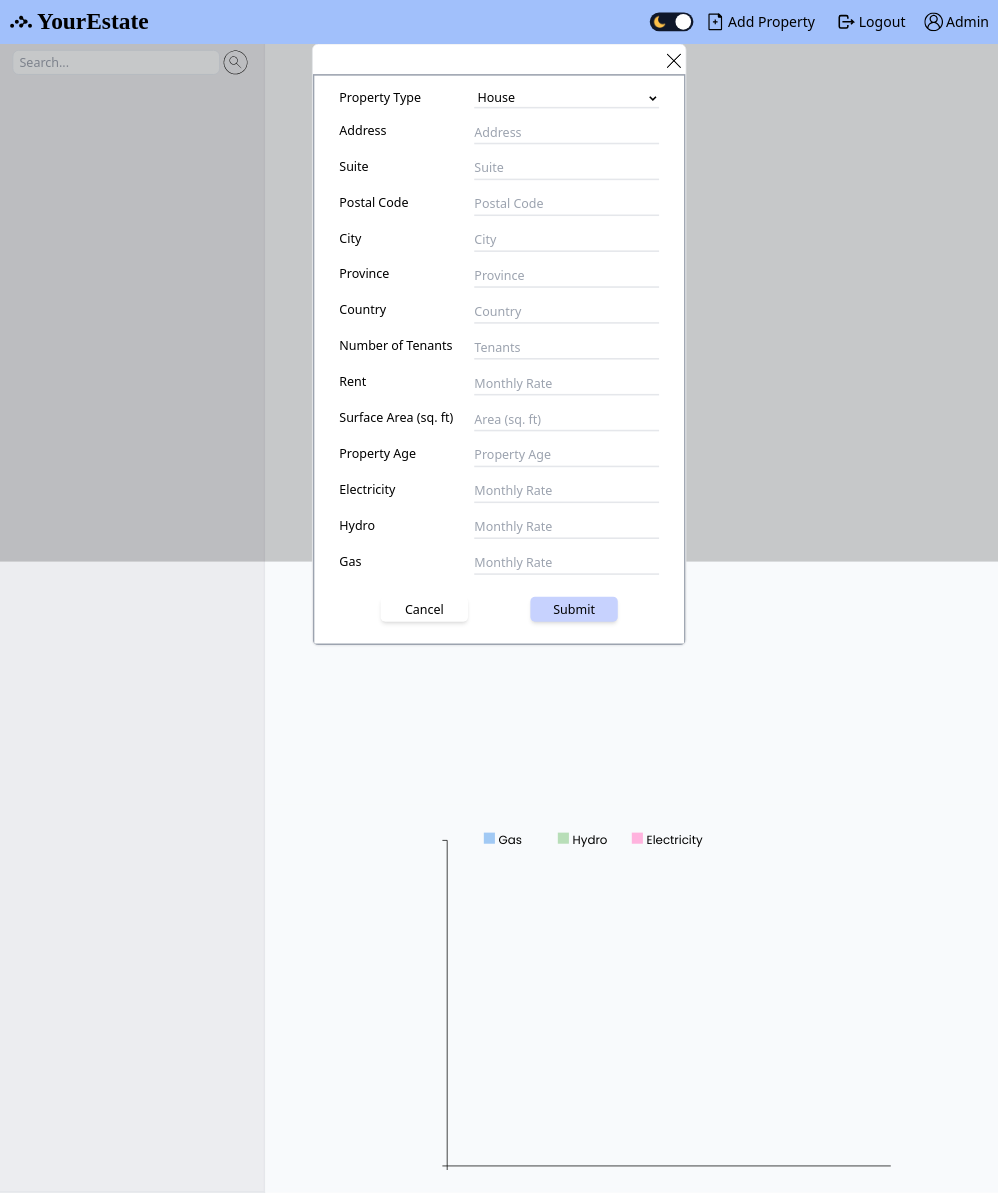
Repository: Fortivera/yourestate
Page: /dashboard/createproperty
An editor plug-in stored every save of this project. The page is shown before and after the next save, followed by the edit.
The browser window is 1280 px wide. The pictures show the whole page, at 78% of full size.
The page's requests for data from a server got no answer. The project was rebuilt for these pictures with package versions that can differ from the ones it lists, and the page was loaded fresh each time. Some packages were replaced by stand-ins written for this rebuild. The framework's server and built-in components were replaced by stand-ins that run in the browser. No one was signed in, and anything a server would have sent is missing. Also part of the build but not shown: next.config.js, src/app/loading.tsx, src/components/PropertyCard.tsx.

Above is the page before, as saved 2023-12-31 00:26:51.

### src/app/layout.tsx
import "./globals.css"
import { Analytics } from "@vercel/analytics/react"
import { Metadata } from "next"
import ReactQueryProvider from "./providers"

export const metadata: Metadata = {
  title: {
    template: "%s | Your Estate Login",
    default: "Your Estate Login",
  },
  description: "Home page for the real estate web application",
}

export default function RootLayout({ children }: { children: React.ReactNode }) {
  return (
    <html lang="en">
      <body>
        <ReactQueryProvider>
          {children}
          <Analytics />
        </ReactQueryProvider>
      </body>
    </html>
  )
}

### src/app/dashboard/layout.tsx
import { ThemeContextProvider } from "@/context/ThemeContex"
import ThemeProvider from "@/providers/ThemeProvider"
import { QueryClient, HydrationBoundary, dehydrate } from "@tanstack/react-query"
import { getProperty } from "lib/useRequestFunctions"

import { Analytics } from "../../components/Analytics/Analytics"
import Navbar from "../../components/Navbar"
import PropertiesList from "../../components/PropertiesList"

// import { usePropertyStore } from "../usePropertiesStore"

export default async function Layout({ children }: { children: React.ReactNode }) {
    const queryClient = new QueryClient()
    await queryClient.prefetchQuery({
        queryKey: ["allProperties"],
        queryFn: getProperty,
    })

    // const allPropertiesPromise: Promise<Property[]> = await getProperty()
    // const allProperties = await allPropertiesPromise

    // usePropertyStore.setState({ allProperties })

    return (
        <>
            <ThemeContextProvider>
                <ThemeProvider>
                    <header>
                        <Navbar />
                    </header>
                    <div>{children}</div>
                    <main>
                        <div className="flex flex-col md:flex-row mt-14">
                            <div className="w-screen md:h-auto md:w-[29rem] h-[50vh]">
                                <HydrationBoundary state={dehydrate(queryClient)}>
                                    <PropertiesList />
                                </HydrationBoundary>
                            </div>
                            <HydrationBoundary state={dehydrate(queryClient)}>
                                <Analytics />
                            </HydrationBoundary>
                        </div>
                    </main>
                </ThemeProvider>
            </ThemeContextProvider>
        </>
    )
}

### src/app/dashboard/createproperty/layout.tsx
'use client'

import Layout from "../layout";
import ProductsPage from "../page";

export default function Layouta({ children, }: { children: React.ReactNode }) {
    return (
        <>

            {children}
        </>
    )

}

### src/app/globals.css
@import url("https://fonts.googleapis.com/css2?family=Lora:ital,wght@0,400;0,500;0,600;1,400;1,500;1,600&family=Montserrat:ital,wght@0,300;0,400;0,500;0,600;1,300;1,400;1,500;1,600&family=Poppins:ital,wght@0,300;0,400;0,500;0,600;0,700;0,800;0,900;1,300;1,400;1,500;1,600;1,700;1,800;1,900&family=Noto+Sans:ital,wght@0,300;0,400;0,500;0,600;0,700;0,800;0,900;1,300;1,400;1,500;1,600;1,700;1,800;1,900&display=swap");

@tailwind base;
@tailwind components;
@tailwind utilities;

.navbarDark {
    background-color: rgb(45 48 56);
    color: #ddd;
}
.navbarLight {
    background-color: rgb(161, 192, 251);
    color: black;
}
.propertyListLight {
    background-color: rgb(249 250 251);
    color: black;
    border-color: rgb(229 231 235);
}
.propertyListDark {
    background-color: rgb(45 48 56 / 0.95);
    color: #ddd;
}
.searchbarLight {
    background-color: rgb(248 250 252);
    color: black;
}
.searchbarDark {
    background-color: rgb(100 116 139 / 0.6);
    color: #ddd;
}
.propertyLight {
    background-color: rgb(249 250 251);
    color: black;
}
.propertyDark {
    background-color: rgb(45 48 56 / 0.95);
    color: #ddd;
}

### src/app/providers.tsx
"use client"
import { ReactNode, useState } from "react"
import { QueryClient, QueryClientProvider } from "@tanstack/react-query"
import { ReactQueryDevtools } from "@tanstack/react-query-devtools"

type Props = {
  children: ReactNode
}

export default function ReactQueryProvider({ children }: Props) {
  const [queryClient] = useState(() => new QueryClient())

  return (
    <QueryClientProvider client={queryClient}>
      <ReactQueryDevtools initialIsOpen={false} />
      {children}
    </QueryClientProvider>
  )
}

### src/context/ThemeContex.tsx
"use client"
import { createContext, useState, ReactNode, useEffect } from "react"

interface ChildrenProps {
    children: ReactNode
}

interface ThemeContextType {
    theme: string
    toggle: () => void
}

// This component is responsible to registering and remembering what theme was chosen by the user
// we use local storage for that
export const ThemeContext = createContext<ThemeContextType>({
    theme: "light",
    toggle: () => {},
})

function getFromLocalStorage() {
    if (typeof window === "undefined") {
        return "light" // Use a default theme on the server-side
    }
    return localStorage.getItem("theme") || "light"
}

export const ThemeContextProvider = ({ children }: ChildrenProps) => {
    const [theme, setTheme] = useState<string>(getFromLocalStorage)

    // since next.js uses server side rendering, we must specify if the transition to client is completed
    const toggle = () => {
        setTheme((prevTheme) => (prevTheme === "light" ? "dark" : "light"))
    }

    useEffect(() => {
        localStorage.setItem("theme", theme)
    }, [theme])

    return <ThemeContext.Provider value={{ theme, toggle }}>{children}</ThemeContext.Provider>
}

### src/providers/ThemeProvider.tsx
"use client"

import { useState, useEffect, useContext, ReactNode } from "react"
import { ThemeContext } from "@/context/ThemeContex"

interface ChildrenProps {
    children: ReactNode
}

// this component is created to keep the layout/page as server side rendered.
// useContext() requires you to have "use client"

export default function ThemeProvider({ children }: ChildrenProps) {
    const { theme } = useContext(ThemeContext)
    const [mounted, setMounted] = useState(false)

    useEffect(() => {
        setMounted(true)
    }, [])

    if (!mounted) {
        return null // or a loading placeholder if desired
    }
    return <div className={theme}>{children}</div>
}

### lib/useRequestFunctions.ts
export function filterId(arr: Property[], propertyid: number) {
  for (let i = 0; i < arr.length; i++) {
    try {
      if (arr[i].id != propertyid) {
        continue
      } else {
        return arr[i] as Property
      }
    } catch (error) {
      console.error(error)
    }
  }
}

export function deleteProperty(userInput: number) {
  const url = `${process.env.NEXT_PUBLIC_SERVER_URL}${process.env.NEXT_PUBLIC_PROPERTY_ENDPOINT}${userInput}`
  console.log(url)
  try {
    fetch(url, {
      method: "DELETE",
      body: JSON.stringify(userInput),
      headers: {
        "Content-Type": "application/json",
      },
    })
  } catch (err) {
    console.error(err)
    alert(`We can't submit the form, because of ${err}`)
  }
}

// eslint-disable-next-line no-unused-vars
export async function updateProperty(userInput: Property, id: number) {
  const url = `${process.env.NEXT_PUBLIC_SERVER_URL}${process.env.NEXT_PUBLIC_PROPERTY_ENDPOINT}/${id}`
  // const url = "http://localhost:5085/api/Properties/39"
  console.log(url)
  try {
    const response = await fetch(url, {
      method: "PUT",
      body: JSON.stringify(userInput),
      headers: {
        "Content-Type": "application/json",
      },
    })
    if (!response.ok) {
      throw new Error(`Invalid response: ${response.status}`)
    }
  } catch (err) {
    console.error(err)
    alert("We can't submit the form, try again later?")
  }
}

export async function getProperty(): Promise<Property[]> {
  try {
    const response = await fetch(`${process.env.NEXT_PUBLIC_SERVER_URL}${process.env.NEXT_PUBLIC_PROPERTY_ENDPOINT}`, {
      cache: "no-store",
    })
    if (!response.ok) {
      throw new Error("Failed to fetch data.")
    }

    const propertyCollection: Property[] = await response.json()
    return propertyCollection
  } catch (err) {
    console.log(err)
    return []
  }
}

// Helper function to get the token and save it in localStorage
export async function tokenHandleResponse(response: Response) {
  if (response.ok) {
    const data = await response.json()
    if (data.token) {
      localStorage.setItem("token", data.token)
      return data
    }
    throw new Error("Token not found in response")
  }
  throw new Error("Network response was not ok.")
}

### src/components/Analytics/Analytics.tsx
"use client"
import Loading from "@/app/loading"
import { ThemeContext } from "@/context/ThemeContex"
import { useQuery } from "@tanstack/react-query"
import { getProperty } from "lib/useRequestFunctions"
import React, { Suspense, useContext } from "react"
import { D3BarChart } from "./D3charts/D3BarChart"
import { D3DonutPieChart } from "./D3charts/D3DonutPieChart"
import { D3PieChart } from "./D3charts/D3PieChart"

// interface Props {
//     allProperties: Property[]
// }

export const Analytics = () => {
    const { theme } = useContext(ThemeContext)
    const { data: allProperties, error } = useQuery({
        queryKey: ["allProperties"],
        queryFn: getProperty,
    })
    if (error) return <div>Failed to load</div>
    return (
        <>
            {/* <div className="w-full h-full">{<iframe height="100%" width="100%" title="Report Section" src="https://app.powerbi.com/view?r=eyJrIjoiZDVmOGZlMWMtN2VkYS00NmRkLWJiZDgtMGY1MzQyNTdlOWQ1IiwidCI6IjcwYWQ5MjFmLTFmZjQtNDZjNC1hMmZkLWIxNTc0MjcxODQ3NiJ9" allowFullScreen={true}></iframe>}</div> */}
            <div className={`${theme === "light" ? "bg-slate-50" : "bg-[#515F73]"} grid grid-cols-1 desktop:grid-cols-2 w-full py-2 px-1 font-Poppins`}>
                <div>
                    <Suspense fallback={<Loading />}>
                        <D3DonutPieChart allProperties={allProperties!} />
                    </Suspense>
                </div>
                <div>
                    <Suspense fallback={<Loading />}>
                        <D3PieChart allProperties={allProperties!} />
                    </Suspense>
                </div>
                <div className="md:col-span-full flex justify-center">
                    <Suspense fallback={<Loading />}>
                        <D3BarChart allProperties={allProperties!} />
                    </Suspense>
                </div>
            </div>
        </>
    )
}

### src/components/Modal.tsx
"use client"

import { MouseEventHandler, useContext } from "react"
import { useRouter } from "next/navigation"
import { ThemeContext } from "@/context/ThemeContex"

export const Modal = ({ children }: any) => {
    const router = useRouter()
    const { theme } = useContext(ThemeContext)
    const closeHandler: MouseEventHandler = (): void => {
        router.push("/dashboard")
    }
    return (
        <>
            <div className="bg-black/20 backdrop-blur-xs bg-blend-saturation fixed top-0 w-full h-screen bg-cover z-10 " onClick={closeHandler} />
            <dialog
                open
                className={`
    ${theme === "light" ? "bg-white" : "bg-[#33363e] text-[#e6e1e1]"}
    w-[80%] max-w-[480px] md:w-1/2
    mx-auto border rounded-lg shadow-sm overflow-hidden pt-1 z-10
  `}
            >
                {children}
            </dialog>
        </>
    )
}

### public/CancelIcon.tsx

export default function CancelIcon() {

  return (
    <svg xmlns="http://www.w3.org/2000/svg" fill="#000000" width="30px" height="30px" viewBox="0 0 256 256" id="Flat">
      <path d="M202.82861,197.17188a3.99991,3.99991,0,1,1-5.65722,5.65624L128,133.65723,58.82861,202.82812a3.99991,3.99991,0,0,1-5.65722-5.65624L122.343,128,53.17139,58.82812a3.99991,3.99991,0,0,1,5.65722-5.65624L128,122.34277l69.17139-69.17089a3.99991,3.99991,0,0,1,5.65722,5.65624L133.657,128Z" />
      <path xmlns="http://www.w3.org/2000/svg" d="M202.82861,197.17188a3.99991,3.99991,0,1,1-5.65722,5.65624L128,133.65723,58.82861,202.82812a3.99991,3.99991,0,0,1-5.65722-5.65624L122.343,128,53.17139,58.82812a3.99991,3.99991,0,0,1,5.65722-5.65624L128,122.34277l69.17139-69.17089a3.99991,3.99991,0,0,1,5.65722,5.65624L133.657,128Z" />
    </svg>
  )
}

### src/components/ThemeToggle.tsx
"use client"

import { ThemeContext } from "@/context/ThemeContex"
import Image from "next/image"
import { useContext } from "react"

export default function ThemeToggle() {
    const { toggle, theme } = useContext(ThemeContext)

    return (
        <>
            <span className="sr-only">Toggle theme</span>
            <div className="flex items-center w-14 h-6 rounded-full cursor-pointer justify-between  relative" onClick={toggle} style={theme === "dark" ? { backgroundColor: "white" } : { backgroundColor: "#0f172a" }}>
                <Image src="/static/moon.png" alt={"moon icon"} width={18} height={10} className={"m-1"} />
                <div className="rounded-full w-5 h-5 absolute m-0.5" style={theme === "dark" ? { left: 1, background: "#0f172a" } : { right: 1, background: "white" }} />
                <Image src="/static/sun.png" alt={"sun icon"} width={18} height={10} className={"m-1"} />
            </div>
        </>
    )
}

### public/static/SvgLogout.tsx
import * as React from "react"
import { SVGProps } from "react"
const SvgLogout = (props: SVGProps<SVGSVGElement>) => (
    <svg xmlns="http://www.w3.org/2000/svg" width={24} height={24} fill="none" stroke="currentColor" {...props}>
        <path stroke="none" d="M0 0h24v24H0z" />
        <path d="M14 8V6a2 2 0 0 0-2-2H5a2 2 0 0 0-2 2v12a2 2 0 0 0 2 2h7a2 2 0 0 0 2-2v-2" />
        <path d="M7 12h14l-3-3m0 6 3-3" />
    </svg>
)
export default SvgLogout

### public/static/SvgAddProperty.tsx
import * as React from "react"
import { SVGProps } from "react"
const SvgAddProperty = (props: SVGProps<SVGSVGElement>) => (
  <svg xmlns="http://www.w3.org/2000/svg" width={24} height={24} fill="none" {...props}>
    <path stroke="currentColor" d="M9 12h3m3 0h-3m0 0V9m0 3v3M4 21.4V2.6a.6.6 0 0 1 .6-.6h11.652a.6.6 0 0 1 .424.176l3.148 3.148A.6.6 0 0 1 20 5.75V21.4a.6.6 0 0 1-.6.6H4.6a.6.6 0 0 1-.6-.6Z" />
    <path fill="currentColor" stroke="currentColor" d="M16 5.4V2.354a.354.354 0 0 1 .604-.25l3.292 3.292a.353.353 0 0 1-.25.604H16.6a.6.6 0 0 1-.6-.6Z" />
  </svg>
)
export default SvgAddProperty

### public/static/SvgLogoName.tsx
import * as React from "react"
import { SVGProps } from "react"
const SvgLogoName = (props: SVGProps<SVGSVGElement>) => (
    <svg xmlns="http://www.w3.org/2000/svg" width={163} height={52} overflow="hidden" {...props}>
        <text fill="currentColor" transform="translate(-.785 35)">
            {"\n              YourEstate\n            "}
        </text>
    </svg>
)
export default SvgLogoName

### public/static/SvgMainLogo.tsx
import * as React from "react"
import { SVGProps } from "react"
const SvgMainLogo = (props: SVGProps<SVGSVGElement>) => (
  <svg
    xmlns="http://www.w3.org/2000/svg"
    width={42}
    height={40}
    fill="currentColor"
    overflow="hidden"
    {...props}
  >
    <path d="M13.582 20.41c-1.39 0-2.523-1.142-2.523-2.542s1.133-2.542 2.523-2.542c1.39 0 2.523 1.142 2.523 2.542 0 1.399-1.134 2.542-2.523 2.542zm-6.058 5.047c-1.388-.003-2.518-1.15-2.514-2.55a2.537 2.537 0 0 1 2.532-2.534c1.389.003 2.519 1.15 2.514 2.551a2.538 2.538 0 0 1-2.532 2.533zm22.962 0a2.538 2.538 0 0 1-2.543-2.523c-.007-1.402 1.118-2.553 2.505-2.56a2.538 2.538 0 0 1 2.542 2.522c.008 1.401-1.118 2.553-2.504 2.561zM25.757 15.474c-.686-.214-1.419-.303-2.138-.381-1.112-.12-1.555-.554-1.743-1.668-.106-.622-.254-1.26-.523-1.825-.513-1.075-1.715-1.557-2.922-1.282-1.02.233-1.867 1.248-1.914 2.29-.054 1.188.626 2.203 1.794 2.553.555.167 1.145.25 1.724.293 1.063.077 1.418.394 1.705.878.182.306.357.607.357 1.517 0 .911-.177 1.212-.357 1.517-.287.484-.642.8-1.705.879-.58.042-1.17.126-1.724.293-1.168.351-1.848 1.364-1.794 2.554.047 1.041.895 2.056 1.914 2.289 1.207.276 2.409-.207 2.922-1.282.27-.564.417-1.203.523-1.825.189-1.114.632-1.547 1.743-1.668.72-.078 1.452-.168 2.138-.382 1.041-.325 1.667-1.296 1.667-2.375 0-1.078-.626-2.048-1.667-2.375z" />
  </svg>
)
export default SvgMainLogo

### public/static/SvgUser.tsx
import * as React from "react"
import { SVGProps } from "react"
const SvgUser = (props: SVGProps<SVGSVGElement>) => (
    <svg
        xmlns="http://www.w3.org/2000/svg"
        width={24}
        height={24}
        fill="none"
        stroke="currentColor"
        viewBox="0 0 512 512"
        {...props}
    >
        <path
            fill="currentColor"
            strokeWidth={0.1}
            d="M224 1.5c-30 3.9-54.3 11.2-81.5 24.5C80.8 56.2 32.4 112.4 11.6 177.8 3.4 204 0 226.5 0 256c0 21.6 1.7 38.2 5.6 55.7 10.5 47.2 32.8 88.2 66.9 123.2 41.9 43 94.8 69 155 76 13.5 1.6 46.3 1.4 60.7-.5 58.7-7.4 110.8-33.6 152.3-76.5 39-40.4 63.2-90.7 70-145.9 2-16.3 2-47.7 0-64-9.2-74.2-51.1-141.3-114-182.6C363.4 19.8 326.9 6.3 288 1.5c-15-1.8-50.1-1.8-64 0zm50.1 32c25.8 1.4 55.4 9.7 81.4 22.7 57.4 28.7 100.1 81 116.4 142.8 5.9 22.4 6.6 28.1 6.6 57s-.7 34.6-6.6 57c-7.4 27.8-20.4 54.6-37.8 77.6l-4.8 6.3-2.7-10.2c-13.5-50.4-48.2-92.1-95.5-114.5l-9.4-4.5 4.4-3.5c18.6-14.9 33.2-37.7 39.2-61.1 1.9-7.3 2.2-11.4 2.2-27.1 0-15.7-.3-19.8-2.2-27.1-10.2-40-42-72-81.7-82.1-12.4-3.1-37-3.6-49.6-1-45.1 9.5-78.9 42.9-88 87.2-1.9 9-2.1 12.8-1.7 26.5.6 18.3 2.3 27 8.5 41.3 6.8 15.8 19.6 32.6 33.1 43.4l4.3 3.5-13.3 6.6c-7.4 3.7-17.7 9.8-22.9 13.5-11.7 8.3-33.5 29.8-41.4 41-12.2 17.3-22 38.2-27.3 58.1l-2.6 10-4.8-6.3c-21.4-28.3-35.6-61.2-42.6-98.6-2.5-13.7-2.5-58.3 0-72 8.8-46.8 28.2-85.6 59.2-117.9 32.1-33.5 72.8-56.1 117-65 16-3.2 35.8-5.1 48-4.4 2.8.1 9.3.5 14.6.8zm.7 65.6c17.8 4.1 35.8 16.3 46.1 31.3 4.9 7.1 10.7 20.2 12.5 28.3 2 9.2 2.1 25.3 0 34.6-2 9.4-10 25.7-16.2 33.1-23 27.6-61.7 36.5-93.9 21.6-10.2-4.8-16.1-8.8-23.3-16-15.2-15.2-23-34.1-23-56 0-17 4.6-31.8 14.2-45.9 4.9-7 15.8-17.1 23.4-21.7C234 97 253 94.1 274.8 99.1zm-5.3 190.3c16.1 1 38.8 7.8 54.5 16.4 25.3 13.8 48.9 38.4 61.1 63.9 7.5 15.6 12.5 33.9 13.6 49.8l.6 8.1-8.9 6.6c-13 9.6-21.4 14.8-34.9 21.5-35.5 17.8-72.6 25.4-112.8 23.2-43-2.4-83.8-17.3-119.7-43.7l-10.3-7.5.7-9.1c1.1-16.7 7.8-38.9 16.4-54.6 6.5-11.9 14.5-22.4 25.1-33 20.1-20.1 41.3-32 68.6-38.6 10-2.4 28.5-4.4 34.5-3.8 1.4.2 6.6.5 11.5.8z"
        />
    </svg>
)
export default SvgUser

### src/components/Search.tsx
"use client"

const SearchIcon = () => {
  return (
    <svg
      version="1.0"
      xmlns="http://www.w3.org/2000/svg"
      width="40"
      height="40"
      viewBox="0 0 256.000000 256.000000"
      preserveAspectRatio="xMidYMid meet"
    >
      <g
        transform="translate(0.000000,256.000000) scale(0.100000,-0.100000)"
        fill="currentColor"
        stroke="none"
      >
        <path
          d="M1113 2245 c-351 -64 -645 -314 -758 -645 -196 -576 163 -1180 764
                    -1285 464 -81 934 198 1086 646 196 573 -165 1179 -764 1284 -101 18 -230 18
                    -328 0z m348 -45 c313 -64 570 -277 690 -571 134 -329 63 -718 -177 -977 -148
                    -161 -305 -249 -516 -292 -259 -53 -535 11 -749 176 -79 60 -183 176 -229 254
                    -184 310 -184 669 1 983 59 100 211 251 314 311 211 122 439 162 666 116z"
        />
        <path
          d="M1028 1765 c-61 -17 -107 -45 -156 -99 -51 -56 -67 -87 -83 -164 -14
                    -68 -3 -157 28 -215 20 -40 89 -113 129 -138 41 -25 125 -49 174 -49 56 0 141
                    27 185 58 l40 30 202 -201 c161 -160 205 -199 215 -189 10 10 -29 54 -188 215
                    l-201 202 32 46 c59 85 69 217 25 316 -21 49 -88 124 -136 154 -74 45 -177 59
                    -266 34z m214 -53 c59 -26 124 -91 151 -151 30 -64 30 -178 0 -242 -27 -60
                    -92 -125 -152 -152 -64 -30 -178 -30 -242 0 -129 59 -202 206 -169 342 43 180
                    242 278 412 203z"
        />
      </g>
    </svg>
    // <Image width={"40"} height={"40"} className="rounded-full min-w-[40px]" src="/static/ann.png" alt={""} />
  )
}

export default SearchIcon

Loaded but not shown: tailwind.config.js (44 lines, source omitted); src/components/Analytics/D3charts/D3BarChart.tsx (216 lines, source omitted); src/app/dashboard/createproperty/page.tsx (146 lines, source omitted); src/components/Navbar.tsx (98 lines, source omitted); src/components/Analytics/D3charts/D3DonutPieChart.tsx (146 lines, source omitted); src/components/Analytics/D3charts/D3PieChart.tsx (140 lines, source omitted); src/components/FormLabels.tsx (178 lines, source omitted); src/components/PropertiesList.tsx (86 lines, source omitted)

After the next save:
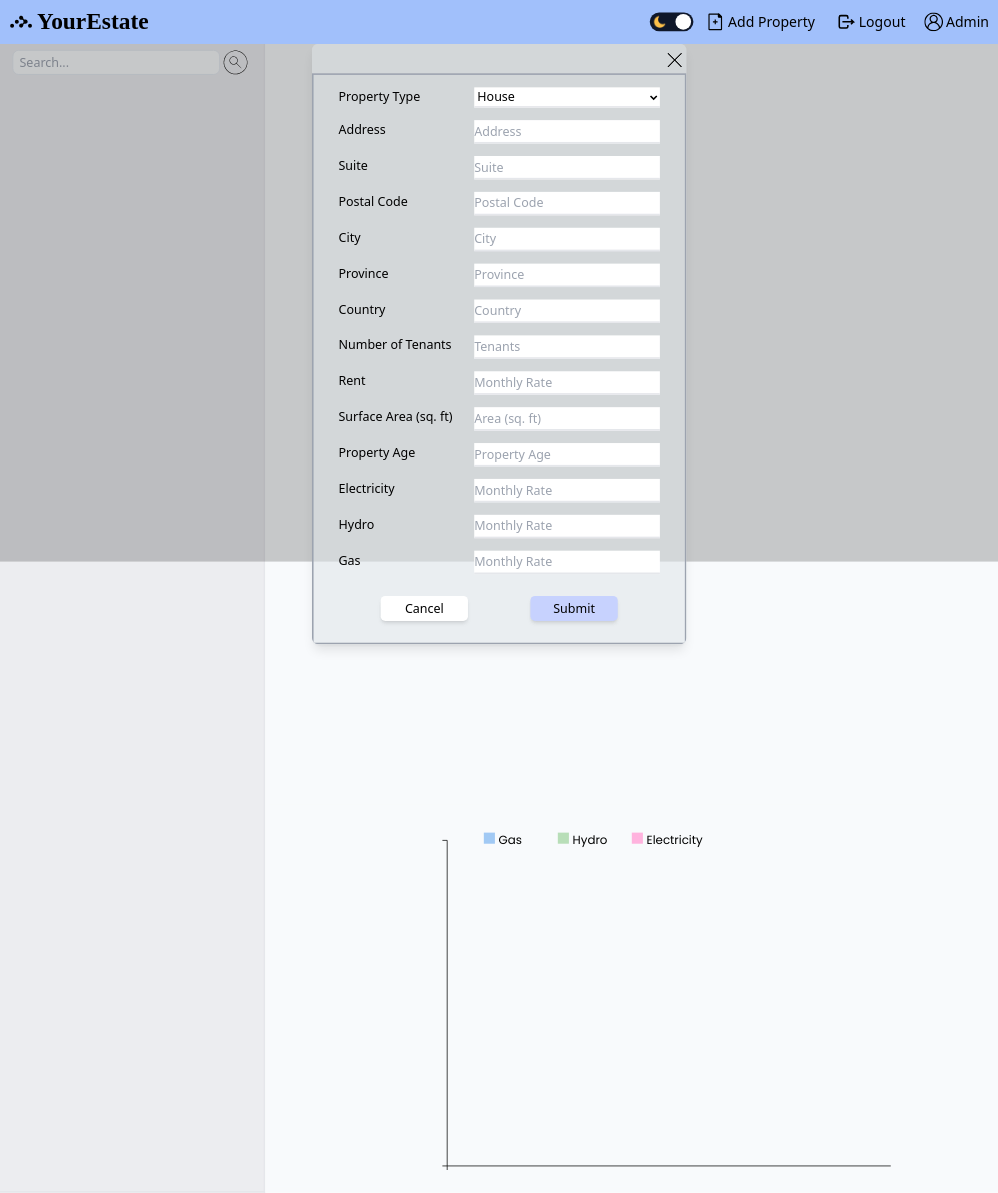
Saved 90 s later.
--- a/src/components/Modal.tsx
+++ b/src/components/Modal.tsx
@@ -12,14 +12,15 @@ export const Modal = ({ children }: any) => {
     }
     return (
         <>
-            <div className="bg-black/20 backdrop-blur-xs bg-blend-saturation fixed top-0 w-full h-screen bg-cover z-10 " onClick={closeHandler} />
+            <div className="bg-black/20 backdrop-blur-xs bg-blend-saturation fixed top-0 w-full h-screen z-10 " onClick={closeHandler} />
             <dialog
                 open
                 className={`
-    ${theme === "light" ? "bg-white" : "bg-[#33363e] text-[#e6e1e1]"}
-    w-[80%] max-w-[480px] md:w-1/2
-    mx-auto border rounded-lg shadow-sm overflow-hidden pt-1 z-10
-  `}
+        ${theme === "light" ? "bg-[#dee3e88a] border-slate-300 shadow-lg" : "bg-neutral-900/20 border-[#5e6775] shadow-darkSm"}
+        w-[80%] max-w-[480px] md:w-1/2
+        mx-auto rounded-lg overflow-hidden pt-1 z-20
+        transition-all duration-300 ease-linear
+    `}
             >
                 {children}
             </dialog>
